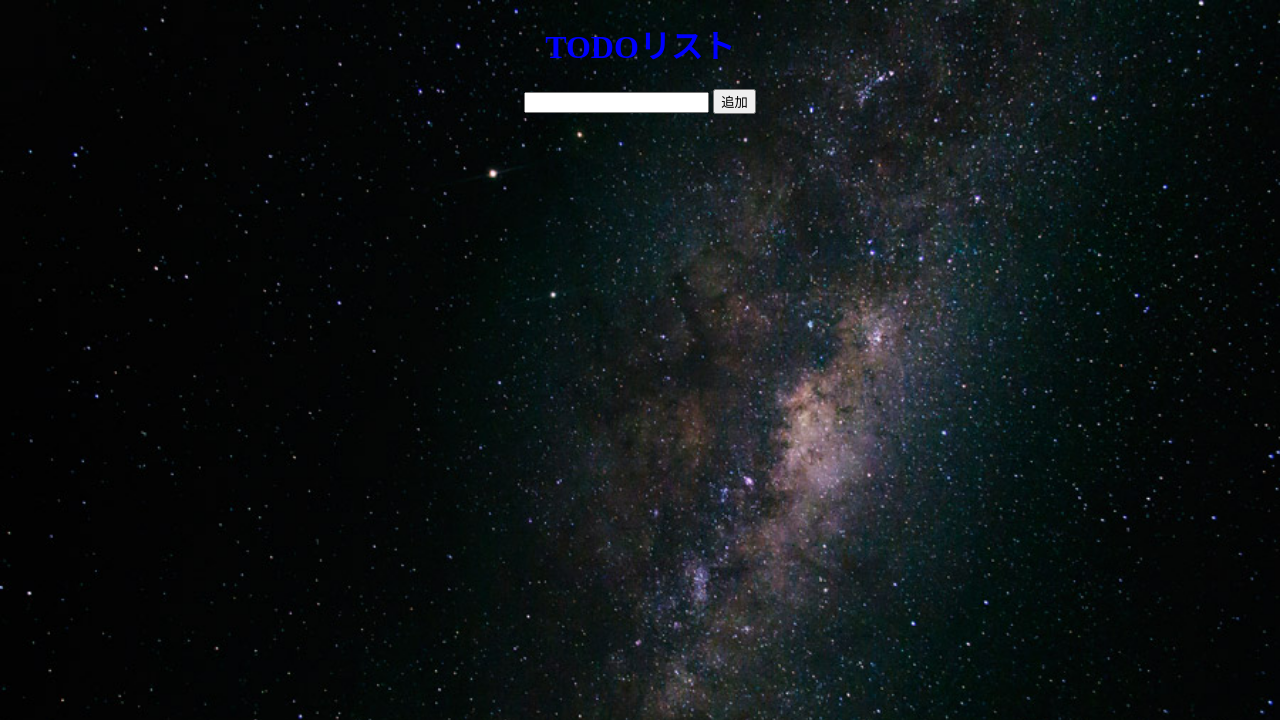
Repository: kntb2565/todolist
Page: src/index.html
The author's editor kept a copy of each file at every save. The page is drawn from the files as they stood at one save, then again after the next save.
The browser window is 1280 px wide. The pictures show the whole page.

Above is the page before, as saved 2018-10-22 12:54:07.

After the next save:
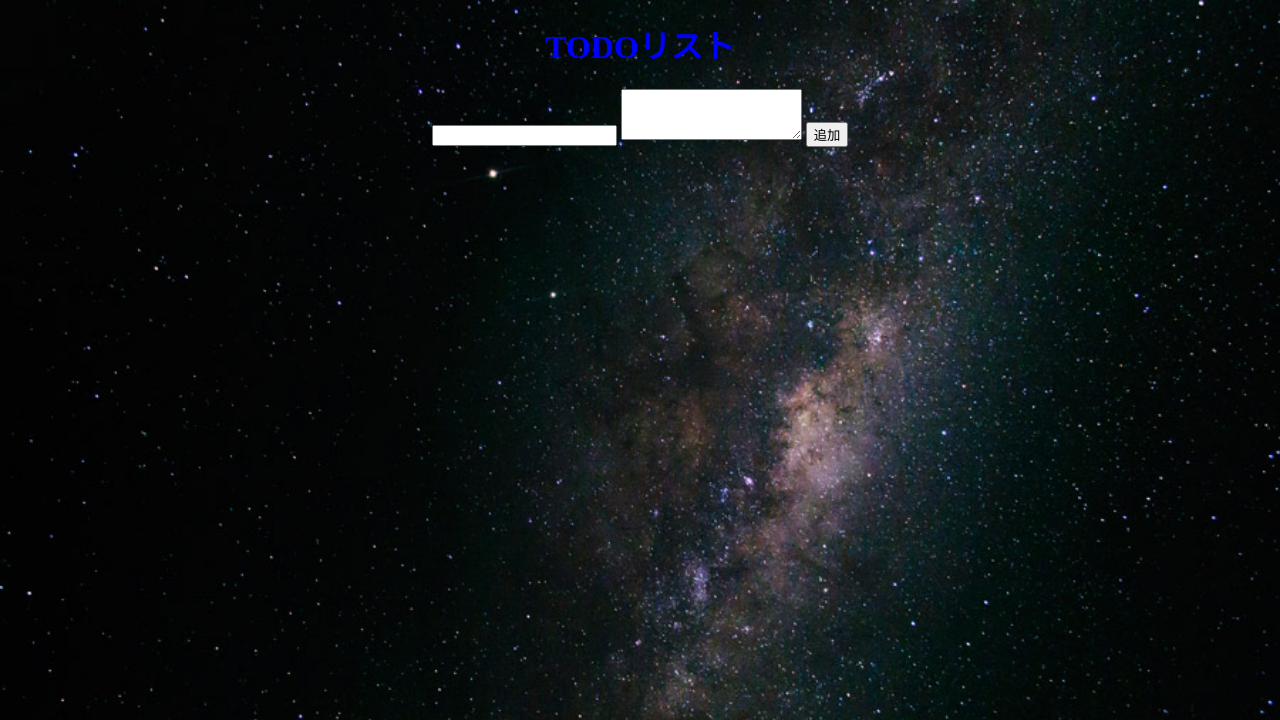
Saved 9 h 8 min later.
--- a/src/index.html
+++ b/src/index.html
@@ -15,6 +15,8 @@
   <div class="todo">
     <h1>TODOリスト</h1>
     <input type="text" />
+    <textarea rows="3"></textarea>
     <input type="button" value="追加" />
+
   </div>
 </html>
